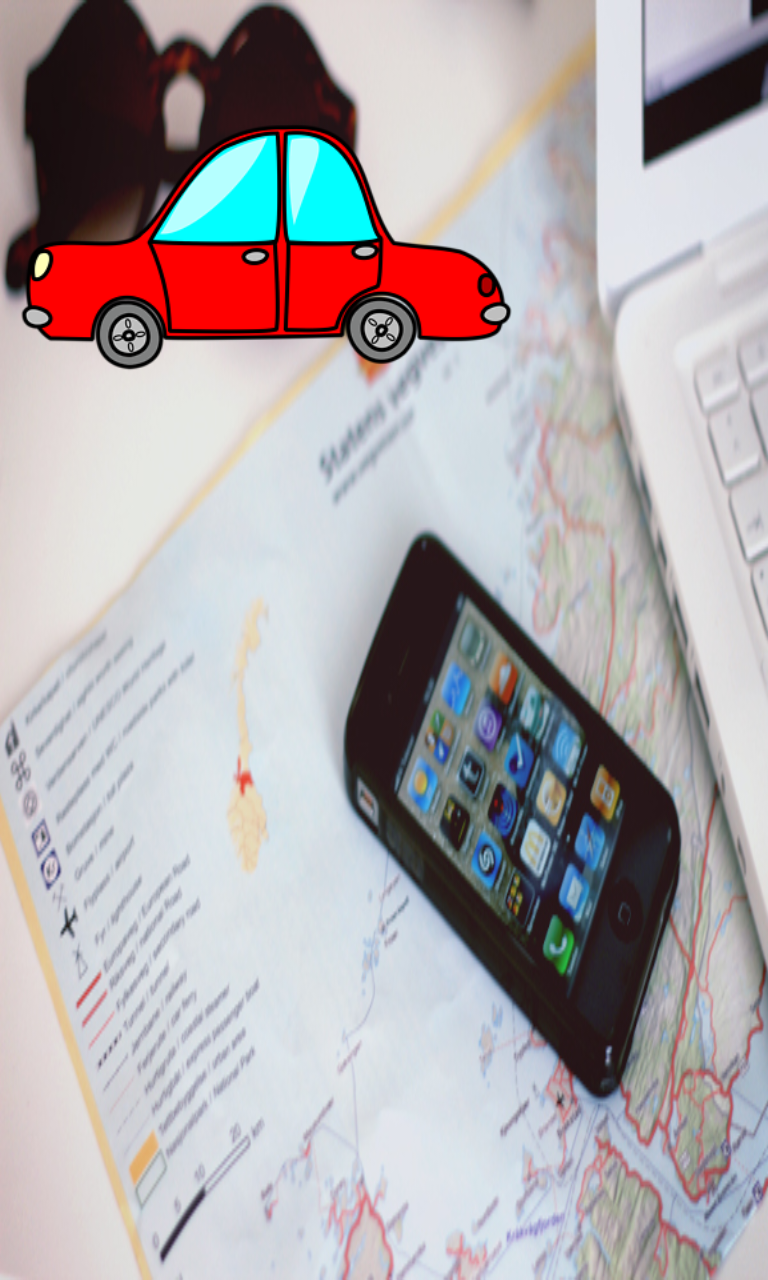
Repository: prernanain27/Android-Travel-Project
Layout: Itravel/res/layout/activity_itravel.xml
An editor plug-in stored every save of this project. The layout is shown before and after the next save, followed by the edit.
It is drawn on a 768 x 1280 px phone screen (xhdpi) without system bars, with theme AppTheme; the app's code is not run.

Above is the layout before, as saved 2013-09-20 19:02:39.

After the next save:
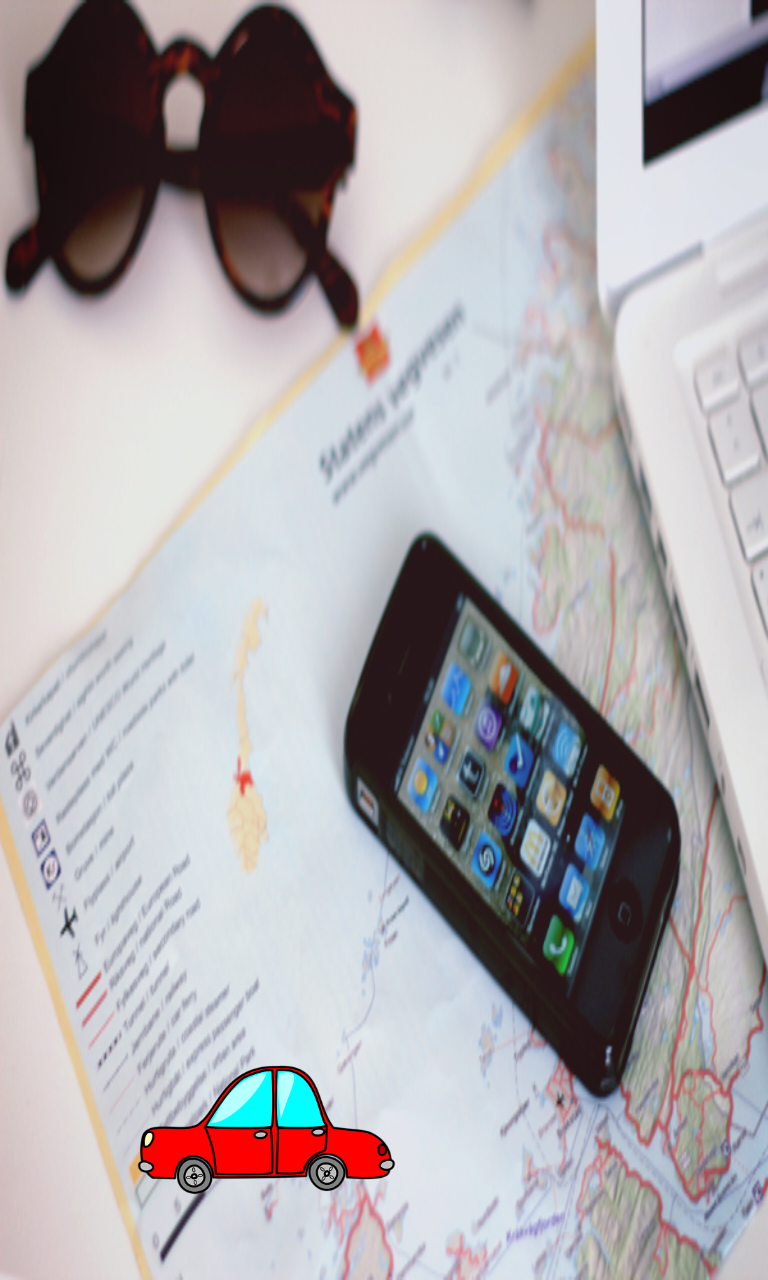
Saved 94 s later.
--- a/Itravel/res/layout/activity_itravel.xml
+++ b/Itravel/res/layout/activity_itravel.xml
@@ -10,7 +10,7 @@
     android:layout_width="wrap_content"
     android:layout_height="wrap_content"
     android:src="@drawable/car"
-
+    android:layout_marginTop="500dp"
     />
 
 </LinearLayout>
